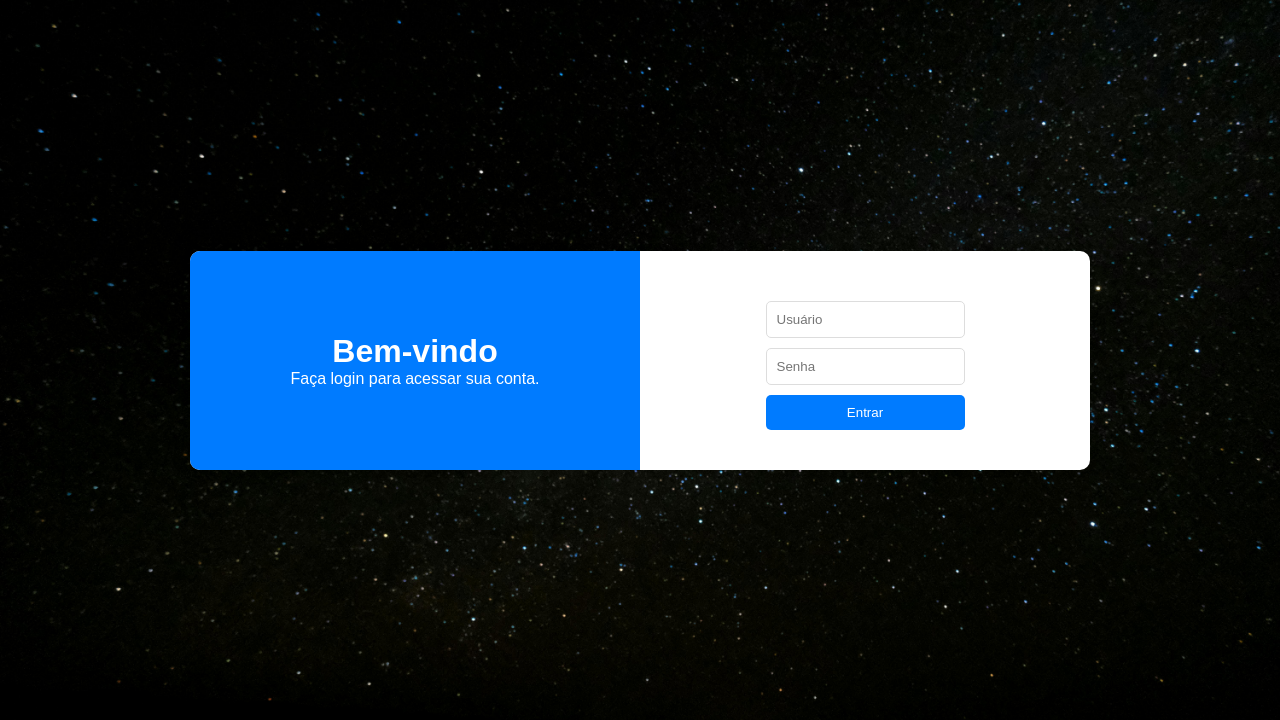
Repository: joao-paulo-paiva/tela-login
Page: index.html
An editor plug-in stored every save of this project. The page is shown before and after the next save, followed by the edit.
The browser window is 1280 px wide. The pictures show the whole page.

Above is the page before, as saved 2025-04-15 10:57:44.

After the next save:
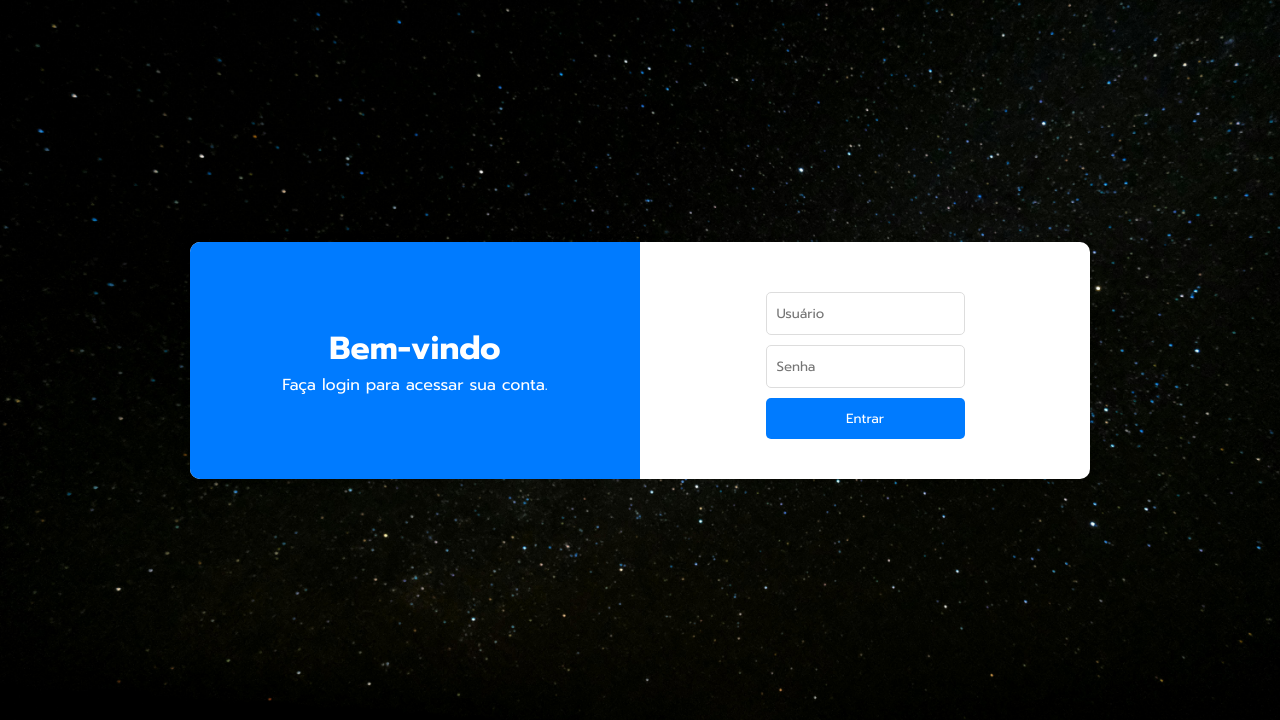
Saved 34 s later.
--- a/style.css
+++ b/style.css
@@ -2,7 +2,7 @@
     margin: 0;
     padding: 0;
     box-sizing: border-box;
-    font-family: Arial, sans-serif;
+    font-family: "Prompt", sans-serif;
 }
 
 body {
